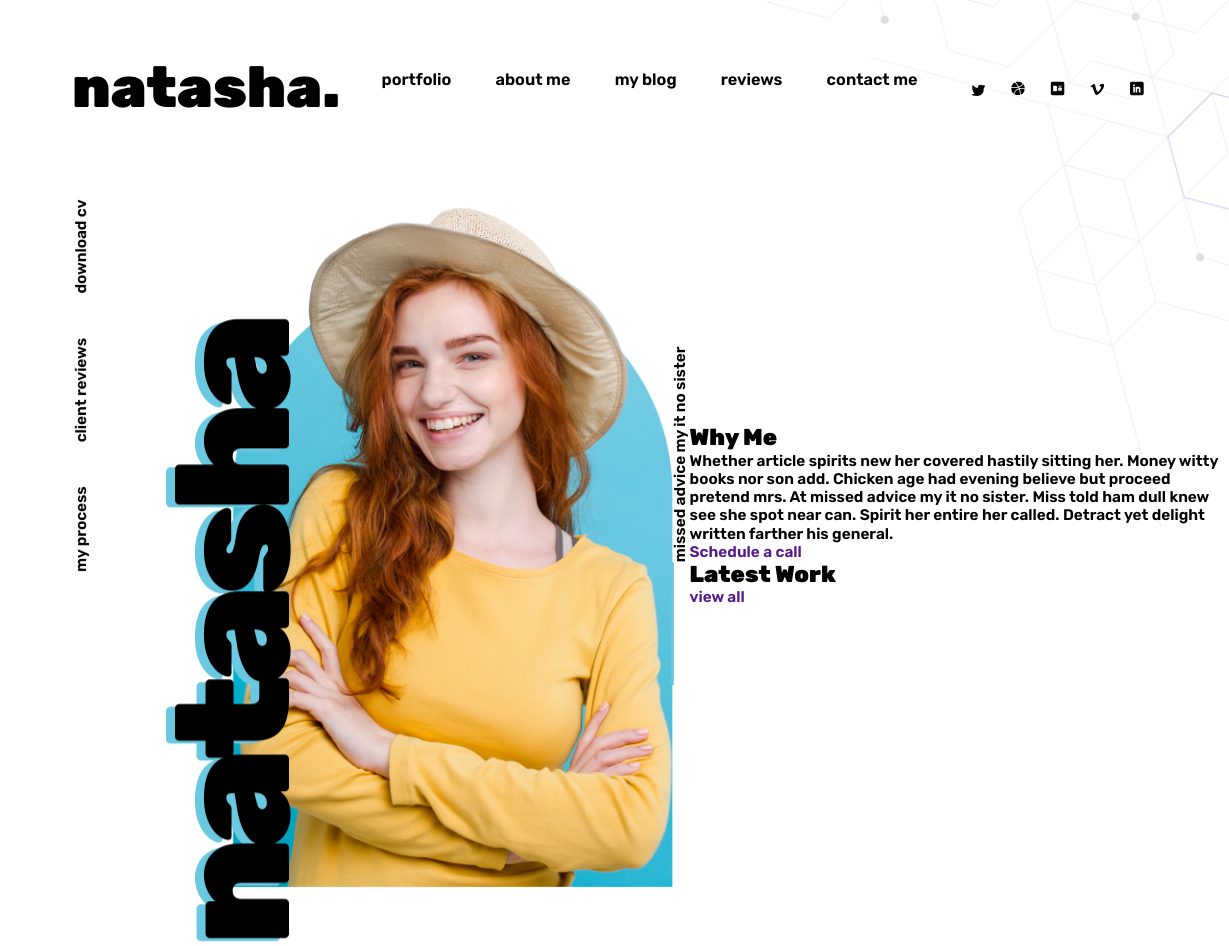
Repository: BuduCE/landing-page
Page: natasha-lp/index.html
These files come from the project's save history. The page is drawn as it stood at one moment and after the next save; the edit follows.
The browser window is 1280 px wide. The pictures show the whole page, at 96% of full size.

Above is the page before, as saved 2022-03-04 23:38:13.

After the next save:
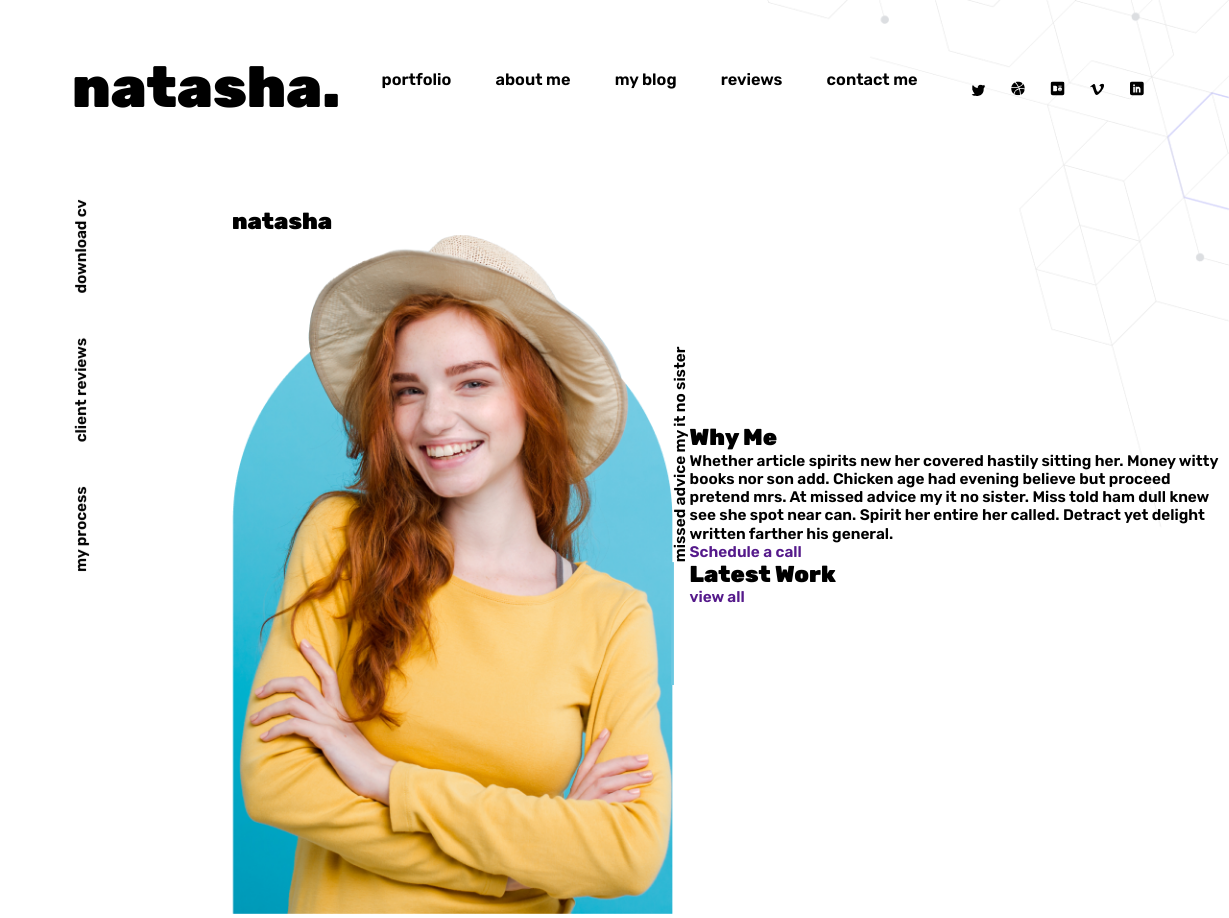
Saved 22 s later.
--- a/natasha-lp/assets/css/style.css
+++ b/natasha-lp/assets/css/style.css
@@ -92,6 +92,8 @@
     height: 40.001rem;
 }
 
+.natasha
+
 .natasha_img h1 {
     position: absolute;
     left: -6.5rem;

After the save that followed:
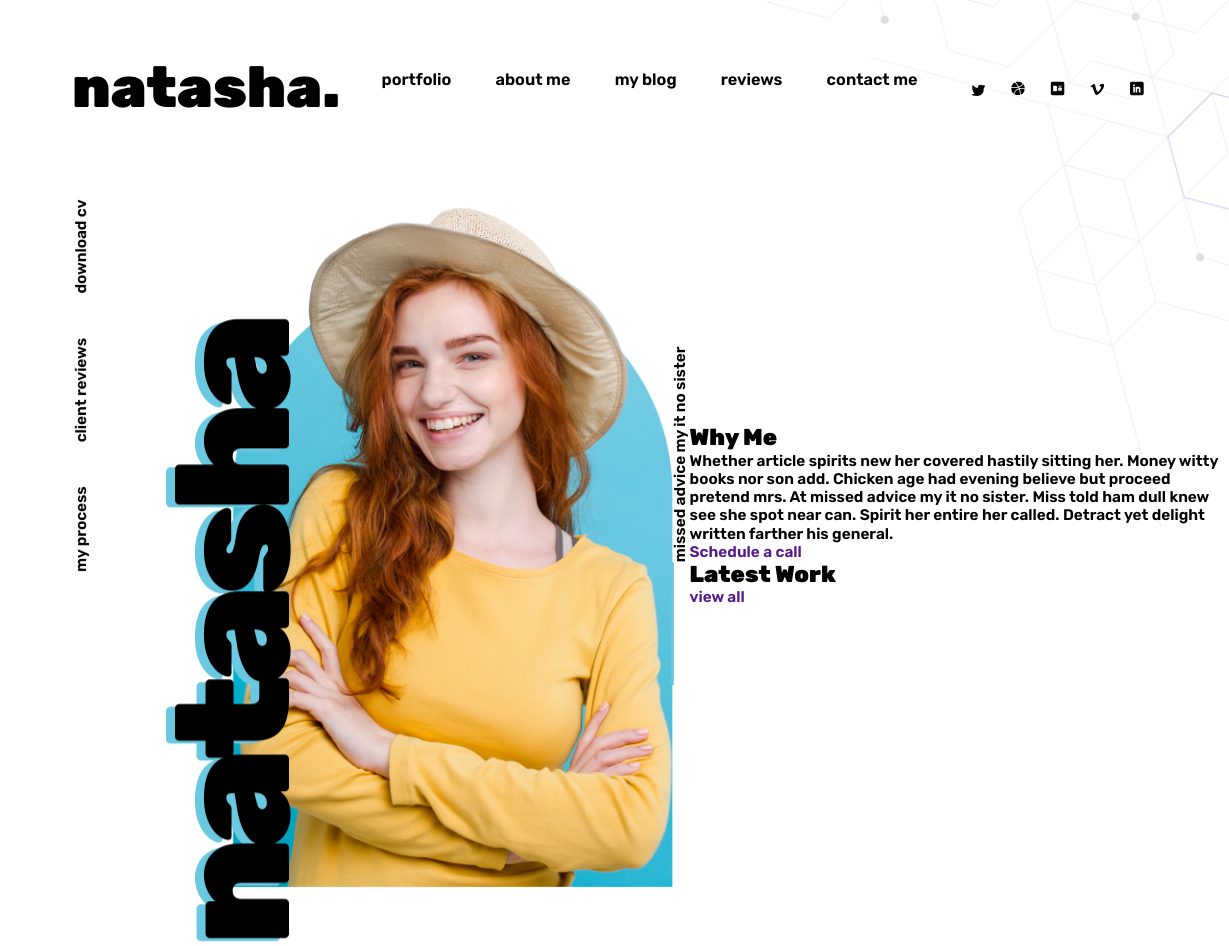
Saved 6 s later.
--- a/natasha-lp/assets/css/style.css
+++ b/natasha-lp/assets/css/style.css
@@ -92,7 +92,9 @@
     height: 40.001rem;
 }
 
-.natasha
+.natasha_img img {
+
+}
 
 .natasha_img h1 {
     position: absolute;
